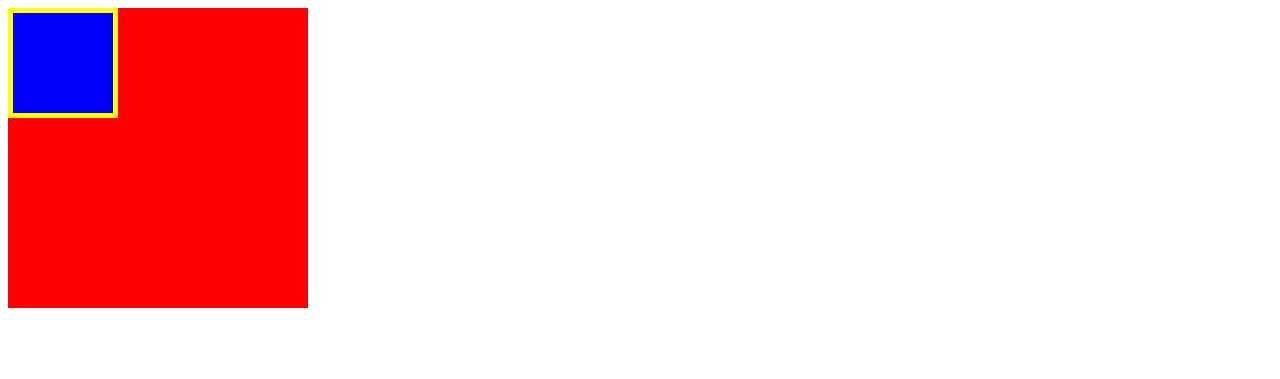
Repository: Yuki-Kawagoe/chapter4
Page: box/box.html
The author's editor kept a record of every edit. The page is drawn from the files as they stood at one moment, then again after the next edit.
The browser window is 1280 px wide. The pictures show the whole page.

Above is the page before.

After the next edit:
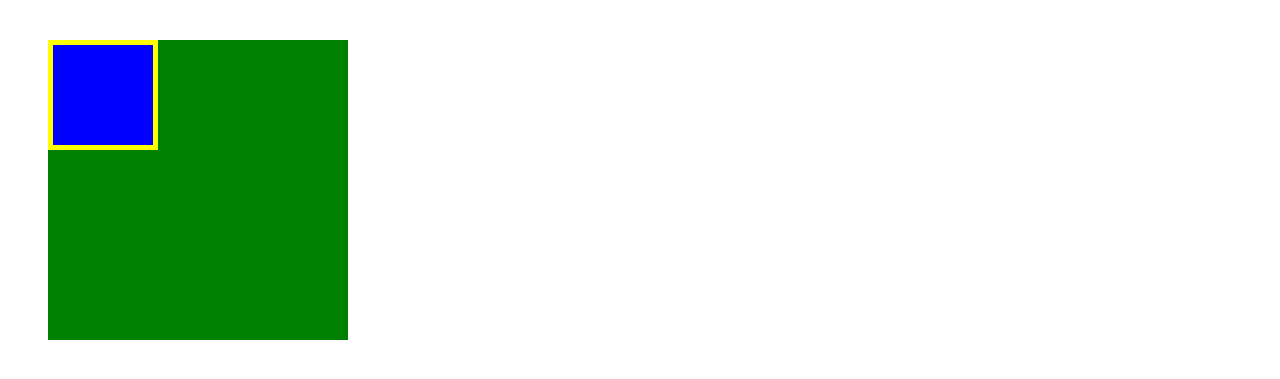
The edit:
--- a/box/box.css
+++ b/box/box.css
@@ -1,7 +1,8 @@
 .box1 {
  width: 300px;
  height: 300px;
-background-color: red;
+background-color: green;
+margin:40px;
 }
 
 .box2 {
